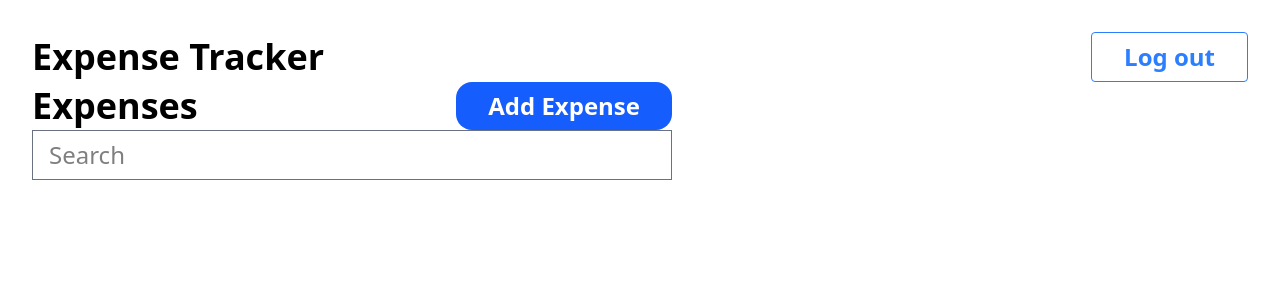
Repository: Syed-Mohsin-Ali786/frontend-expense-tracker
Page: /
These files come from the project's save history. The page is drawn as it stood at one moment and after the next save; the edit follows.
The browser window is 1280 px wide. The pictures show the whole page.
The project was rebuilt for these pictures with package versions that can differ from the ones it lists, and the page was loaded fresh each time.

Above is the page before, as saved 2025-09-28 14:10:07.

After the next save:
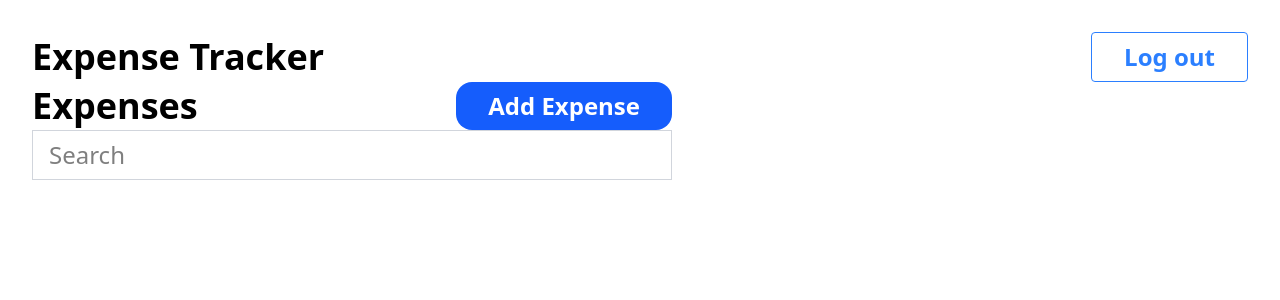
Saved 5 s later.
--- a/src/App.tsx
+++ b/src/App.tsx
@@ -21,7 +21,7 @@ function App() {
             Add Expense
           </button>
           </div>
-          <input type="text" placeholder="Search"  className="py-2 px-4 text-2xl border-gray-500 border"/>
+          <input type="text" placeholder="Search"  className="py-2 px-4 text-2xl border-gray-300 border"/>
         </div>
         {/* Charts */}
         <div></div>
